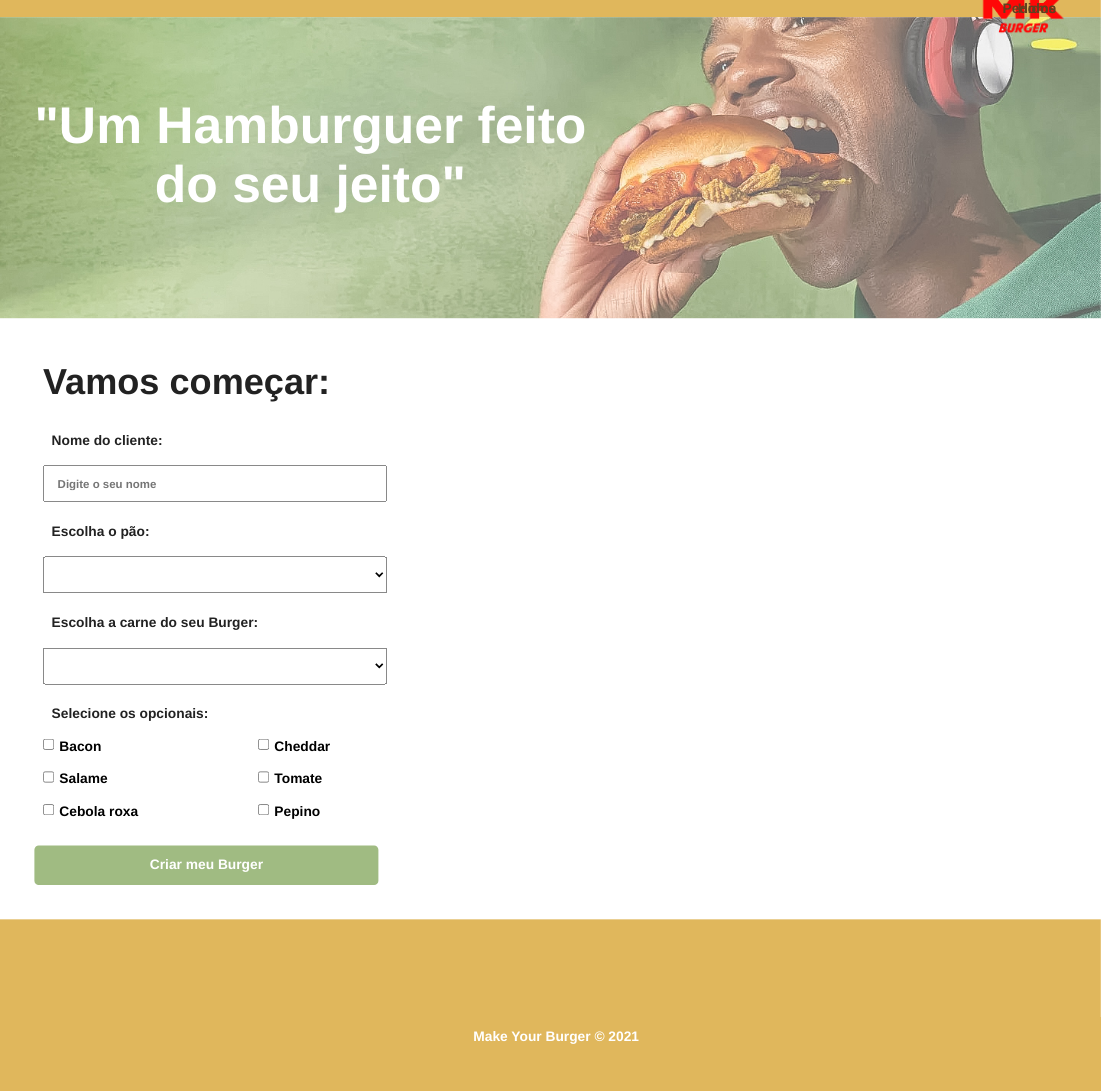
Repository: MarcoantonioCaldeira/Sistema-para-Hamburgueria
Page: /
These files come from the project's save history. The page is drawn as it stood at one moment and after the next save; the edit follows.
The browser window is 1280 px wide. The pictures show the whole page, at 86% of full size.
The project was rebuilt for these pictures with package versions that can differ from the ones it lists, and the page was loaded fresh each time. Requests to the local data server were answered from the project's data file. Also part of the build but not shown: vue.config.js.

Above is the page before, as saved 2022-11-02 22:28:41.

After the next save:
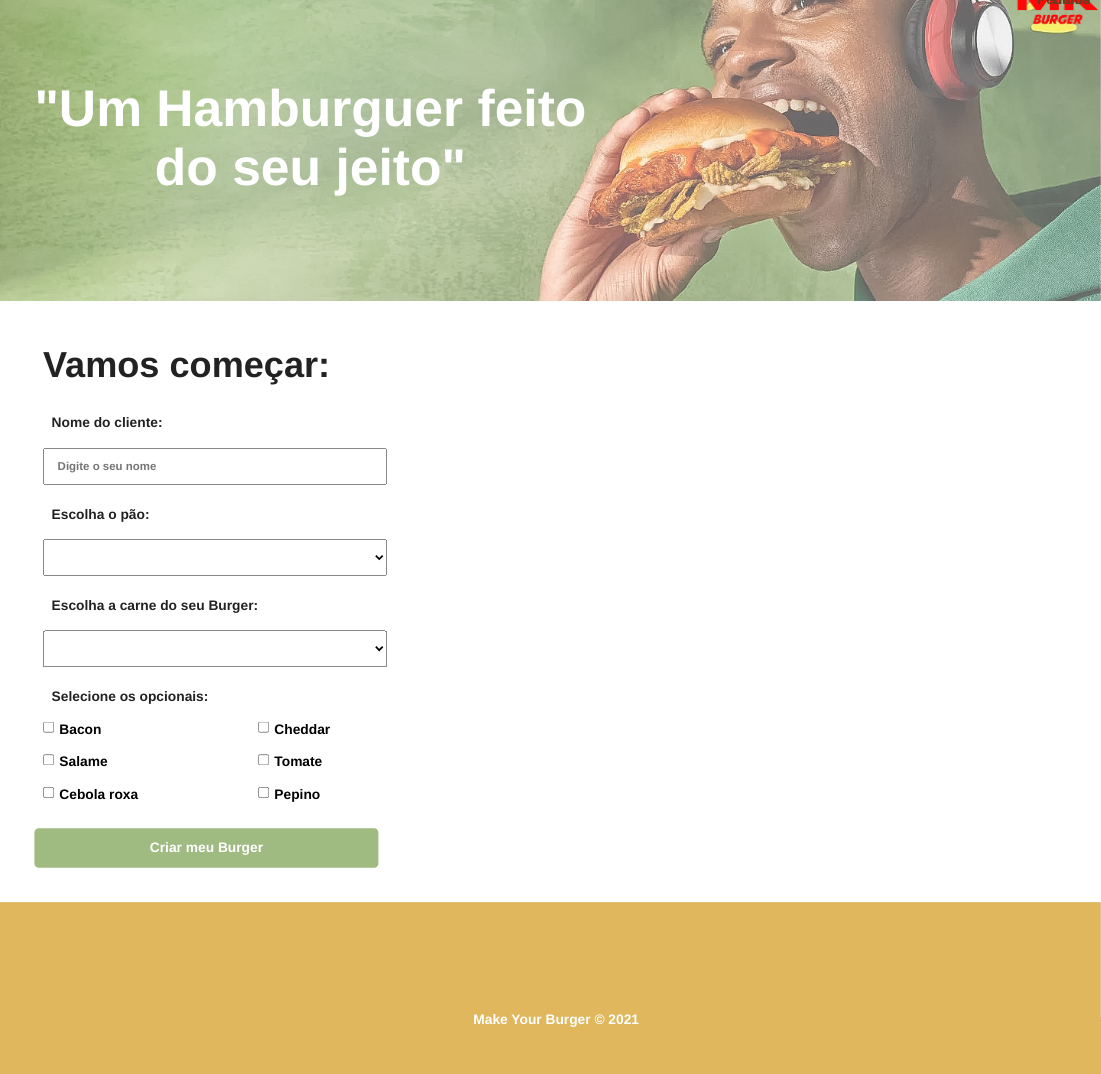
Saved 5 s later.
--- a/src/components/Navbar.vue
+++ b/src/components/Navbar.vue
@@ -18,7 +18,7 @@
     <style>
     #nav{
         background-color: rgb(224, 183, 92);
-        padding: 10px 40px;
+        padding: px 40px;
         display: flex;
         justify-content: flex-end;
         align-items: center;

After the save that followed:
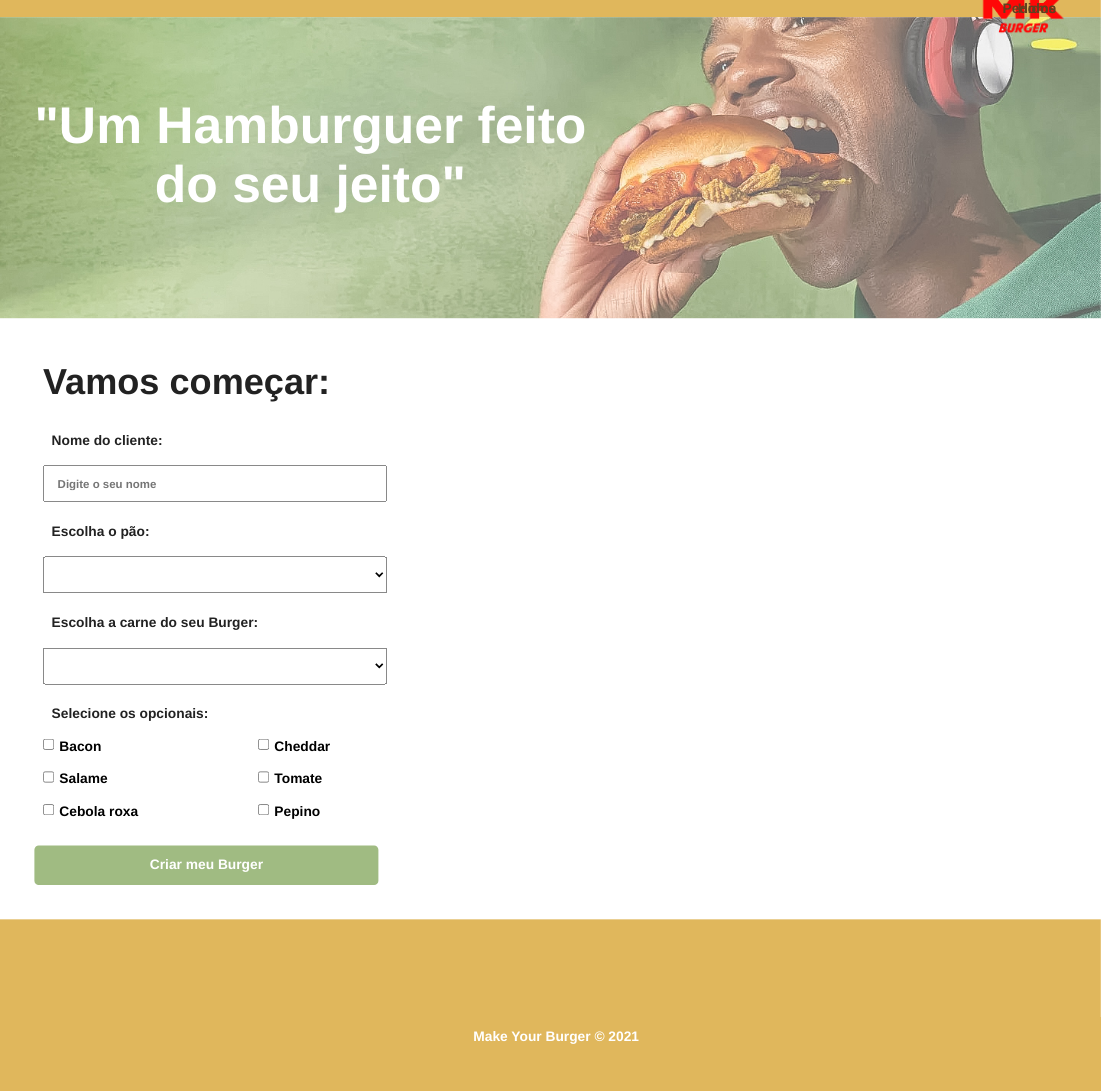
Saved 8 s later.
--- a/src/components/Navbar.vue
+++ b/src/components/Navbar.vue
@@ -18,7 +18,7 @@
     <style>
     #nav{
         background-color: rgb(224, 183, 92);
-        padding: px 40px;
+        padding: 10px 40px;
         display: flex;
         justify-content: flex-end;
         align-items: center;
